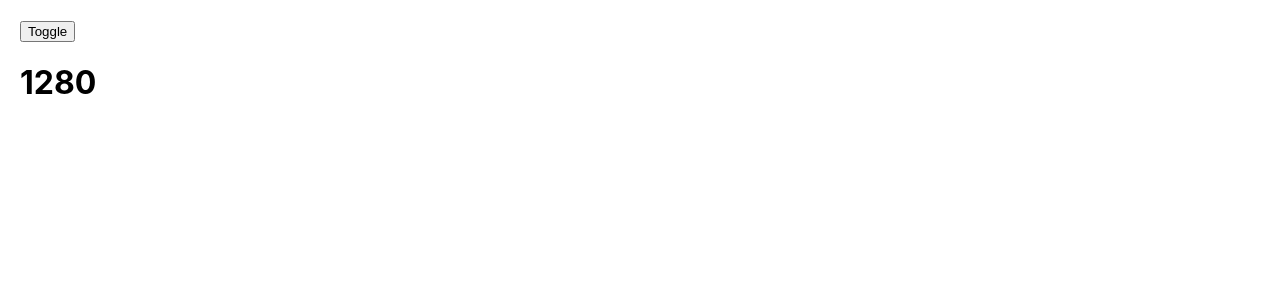
Repository: ducthanglinh/tiktok-clone
Page: /, after clicking the first element matching `button`
The author's editor kept a copy of each file at every save. The page is drawn from the files as they stood at one save, then again after a run of saves.
The browser window is 1280 px wide. The pictures show the whole page.
The project was rebuilt for these pictures with package versions that can differ from the ones it lists, and the page was loaded fresh each time.

Above is the page before, as saved 2022-09-27 23:26:14.

After the next 2 saves:
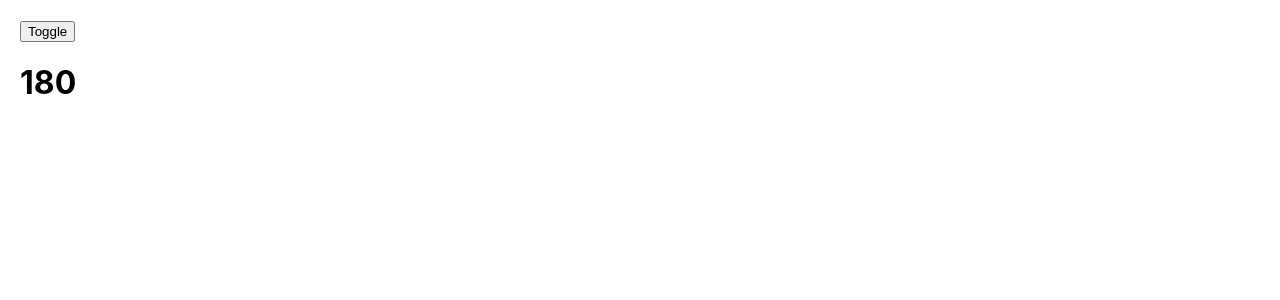
The 2 saves are shown as one change because 1 did not build or start.
The last was saved 13 h 32 min later.
--- a/src/Content.js
+++ b/src/Content.js
@@ -1,18 +1,11 @@
 import { useState, useEffect } from "react";
 
 function Content() {
-  const [width, setWidth] = useState(window.innerWidth);
-
-  useEffect(() => {
-    const handleResize = () => {
-      setWidth(window.innerWidth);
-    };
-    window.addEventListener("resize", handleResize);
-    // return () => {
-    //   window.removeEventListener("resize", handleResize);
-    // };
-  }, []);
-  console.log(window.innerWidth);
-  return <div>{<h1>{width}</h1>}</div>;
+  const [countdown, setCountDown] = useState(180);
+  return (
+    <div>
+      <h1>{countdown}</h1>
+    </div>
+  );
 }
 export default Content;
